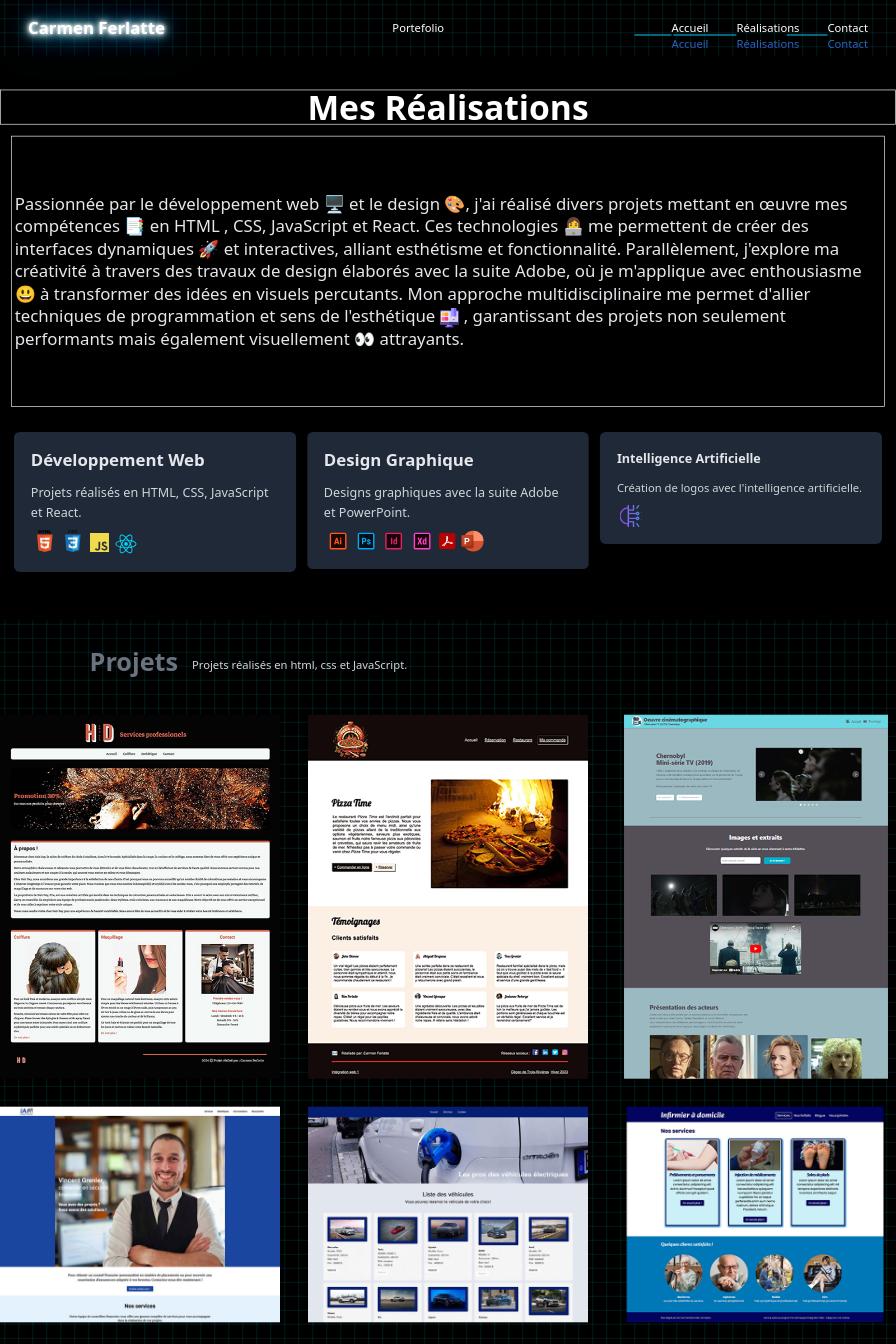
Repository: CarmenFerlatte/TP3__FerlatteCarmen
Page: realisations.html
These files come from the project's save history. The page is drawn as it stood at one moment and after the next save; the edit follows.
The browser window is 1280 px wide. The pictures show the part of the page from y = 0 to 1920 px (the page is 2937 px tall), at 70% of full size.
Some web libraries are served in a nearby version. The style sheet was rebuilt from its Sass, Less or Tailwind sources for each picture, by a compiler version that may differ from the author's.

Above is the page before, as saved 2024-08-22 11:28:17.
Console error: TypeError: Cannot read properties of null (reading 'addEventListener')

### realisations.html
<!DOCTYPE html>
<html lang="fr-ca">
<head>
    <meta charset="UTF-8">
    <meta name="viewport" content="width=device-width, initial-scale=1.0">
    <link href="https://cdn.jsdelivr.net/npm/tailwindcss@2.2.19/dist/tailwind.min.css" rel="stylesheet">
    <title>Mon Portefolio</title>
    <script src="https://cdn.tailwindcss.com"></script>
    <link href="https://cdn.jsdelivr.net/npm/tailwindcss@2.2.19/dist/tailwind.min.css" rel="stylesheet">
    <link rel="stylesheet" href="https://cdnjs.cloudflare.com/ajax/libs/font-awesome/6.4.0/css/all.min.css">
    <link rel="stylesheet" href="style/css/style.css">
    <link rel="apple-touch-icon" sizes="180x180" href="img/favicons/apple-touch-icon.png">
    <link rel="icon" type="image/png" sizes="32x32" href="img/favicons/favicon-32x32.png">
    <link rel="icon" type="image/png" sizes="16x16" href="img/favicons/favicon-16x16.png">
    <link rel="manifest" href="img/favicons/site.webmanifest">
    <script src="https://code.jquery.com/jquery-3.6.0.min.js"></script>
    <script src="js/navbar.js" defer></script>
    <script src="js/script.js" defer></script>
    <script src="js/header.js" defer></script>
    <script src="js/install.js" defer></script>
    <script>
        $(function(){
            $("#header").load("assets/php/header.html");
            $("#footer").load("assets/php/footer.html");
        });
    </script>
</head>

<body class="bg-black text-white h-dvh">
    <header id="header"></header>

<main>
    <section class="md:h-full bg-black text-white py-8 sm:py-11 lg:py-12">
         <h1 class="text-2xl md:text-3xl lg:text-4xl xl:text-5xl font-bold text-center mt-20 border">Mes Réalisations</h1>
    <div class="container flex justify-center items-center mx-auto px-4 py-10 sm:py-20 md:py-4">

        <p class="text-sm sm:text-md md:text-base lg:text-1xl xl:text-2xl leading-6 text-left lg:py-20 px-5 md:px-2 lg:px-1 2xl:px-0 text-gray-200 border">Passionnée par le développement web 🖥  et le design 🎨, j'ai réalisé divers projets mettant en œuvre mes compétences 📑  en HTML , CSS, JavaScript et React. Ces technologies 👩‍💻 me permettent de créer des interfaces dynamiques 🚀 et interactives, alliant esthétisme et fonctionnalité. Parallèlement, j'explore ma créativité à travers des travaux de design élaborés avec la suite Adobe, où je m'applique avec enthousiasme 😃  à transformer des idées en visuels percutants. Mon approche multidisciplinaire me permet d'allier techniques de programmation et sens de l'esthétique <span><img class="w-7 inline-block align-middle" src="img/icons/design_web.svg" alt="icone design web"></span> , garantissant des projets non seulement performants mais également visuellement 👀 attrayants.  </p>

    </div>

<div class="container mx-auto px-4 py-1 md:py-5 md:mb-0 mt-[-10px] md:mt-0">
    <div class="grid grid-cols-12 gap-4 flex items-stretch px-5 md:px-2 lg:px-1">
        <div class="col-span-12 md:col-span-6 lg:col-span-4">
            <a href="#projets" title="Voir les projets">
                <div class="relative group cursor-pointer bg-gray-800 p-6 rounded-lg shadow-lg hover:bg-gray-700 hover:shadow-xl transition duration-300">
                    <h3 class="text-lg md:text-1xl lg:text-2xl font-bold text-gray-200">Développement Web</h3>
                    <p class="text-base md:text-lg lg:text-1xl  text-gray-300 mt-4 mb-1">Projets réalisés en HTML, CSS, JavaScript et React.</p>
                    <p class="flex">
                        <img src="img/icons/html5_icon.svg" alt="HTML5 icône" class="w-8 h-8 mt-2 mx-1">
                        <img src="img/icons/css3_icon.svg" alt="CSS3 icône" class="w-8 h-8 mt-2 mx-1">
                        <img src="img/icons/javascript_icon.svg" alt="JavaScript icône" class="w-7 h-7 mt-3 mx-1">
                        <img src="img/icons/react_native_icon.svg" alt="React icône" class="w-8 h-8 mt-3 mx-1">
                    </p>
                </div>
            </a>
        </div>

        <div class="col-span-12 md:col-span-6 lg:col-span-4 flex flex-col">
            <a href="#galerie" title="Voir les designs" class="flex-grow">
                <div class="relative group cursor-pointer bg-gray-800 p-6 rounded-lg shadow-lg hover:bg-gray-700 hover:shadow-xl transition duration-300 flex flex-col">
                    <h3 class="text-lg md:text-1xl lg:text-2xl font-bold text-gray-200 group">Design Graphique</h3>
                    <p class="text-base md:text-lg lg:text-1xl text-gray-300 mt-4 mb-1">Designs graphiques avec la suite Adobe et PowerPoint.</p>
                    <div class="flex">
                        <img src="img/icons/adobe-illustrator_icon.svg" alt="Illustrator icône" class="w-8 h-8 mt-2 mx-1">
                        <img src="img/icons/adobe_photoshop_icon.svg" alt="Photoshop icône" class="w-8 h-8 mt-2 mx-1">
                        <img src="img/icons/adobe_indesign_icon.svg" alt="InDesign icône" class="w-8 h-8 mt-2 mx-1">
                        <img src="img/icons/adobe-xd_icon.svg" alt="XD icône" class="w-8 h-8 mt-2 mx-1">
                        <img src="img/icons/Adobe_Acrobat_Reader_icon.svg" alt="Acrobat Reader icône" class="w-6 h-6 mt-3 mx-1">
                        <img src="img/icons/microsoft_powerpoint_icon.svg" alt="PowerPoint icône" class="w-8 h-8 mt-2 mx-1">
                    </div>
                </div>
            </a>
        </div>

        <div class="col-span-12 md:col-span-6 lg:col-span-4 flex flex-col">
            <a href="#galerie" title="Voir les projets" class="flex-grow">
                <div class="relative group cursor-pointer bg-gray-800 p-6 rounded-lg shadow-lg hover:bg-gray-700 hover:shadow-xl transition duration-300 flex flex-col">
                    <h3 class="sm:text-lg md:text-1xl text-2xl font-bold text-gray-200">Intelligence Artificielle</h3>
                    <p class="text-gray-300 mt-4 mb-1">Création de logos avec l'intelligence artificielle.</p>
                    <div class="flex">
                        <img src="img/icons/intelligence_artificielle_icon.svg" alt="PowerPoint icône" class="w-8 h-8 mt-2 mx-1">
                    </div>
                </div>
            </a>
        </div>
    </div>
</div>


    </section>

    <section class="cyber-grid md:mt-auto">
        <div class="max-w-screen-sm md:max-w-screen-md lg:max-w-screen-lg 2xl:max-w-screen-2xl mx-auto flex inlign-flex align-items pt-10"><h2 id="projets" class="text-2xl md:text-3xl lg:text-4xl font-bold text-gray-500 lg:text-3xl dark:text-white ml-10 sm:ml-0">Projets</h2>
        <p class="hidden max-w-screen-sm text-1xl text-gray-300 dark:text-gray-300 md:block pt-3 pl-5">
                Projets réalisés en html, css et JavaScript.
                </p></div>
    <div class="container mx-auto py-8 md:mt-2 px-2 md:px-2 lg:px-0">

        <div class="grid grid-cols-1 md:grid-cols-2 lg:grid-cols-3 gap-10 p-4 w-full mx-auto place-items-start px-10 sm:px-0">
            <img class="hover:opacity-75" src="img/screenshots/2024__projet__salon_de_coiffure.jpg" alt="image">
            <img class="hover:opacity-75" src="img/screenshots/2024__projet__restaurant.png" alt="image">
            <img class="hover:opacity-75" src="img/screenshots/2024__projet_cinema.png" alt="image">
            <img class="hover:opacity-75" src="img/screenshots/2024__projet__vincent_grenier_w600.jpg" alt="image">
            <img class="hover:opacity-75" src="img/screenshots/mon_premier_projet_react.jpg" alt="image">
            <img class="hover:opacity-75" src="img/screenshots/2023__projet__soins_infirmiers.png" alt="image">
        </div>
    </div>
</section>
    <section class="dark:bg-gray-800 h-full pt-16">
        <div class="flex items-center gap-12 max-w-screen-sm md:max-w-screen-md lg:max-w-screen-lg 2xl:max-w-screen-2xl mx-auto mb-0">
                <h2 id="galerie" class="text-2xl md-text-3xl lg:text-4xl font-bold text-gray-500 dark:text-white">Galerie</h2>

                <p class="hidden max-w-screen-sm text-1xl text-gray-300 dark:text-gray-300 md:block">
                Mes designs graphiques avec Adobe Illustrator, InDesign, Photoshop et PowerPoint de Microsoft Office.
                </p>
            </div>
    <div class="mx-auto h-auto max-w-screen-2xl px-4 md:px-8 mb-16 mt-[-40px] md:mt-auto">

        <div class="mb-4 flex items-center justify-between gap-8 sm:mb-8 md:mb-12">


            <!-- <a href=""
                class="inline-block rounded-lg border bg-white dark:bg-gray-700 dark:border-none px-4 py-2 text-center text-sm font-semibold text-gray-500 dark:text-gray-200 outline-none ring-indigo-300 transition duration-100 hover:bg-gray-100 focus-visible:ring active:bg-gray-200 md:px-8 md:py-3 md:text-base">
                More
            </a> -->
        </div>

        <div class="grid grid-cols-1 md:grid-cols-2 lg:grid-cols-3 mx-10 gap-4 md:gap-6 xl:gap-8">
            <!-- image - start -->
            <a href="https://le-redacteur-sportif.ca/harricana_trail_2023.html" title="Le Rédacteur Sportif" target="_blank" rel="noopener noreferrer"
                class="group relative flex items-end h-72 md:h-80 overflow-hidden rounded-lg bg-gray-100 shadow-lg">
                <img src="img/design/harricana_trail_80km__charlevoix__Vincent_Greniert.jpg" loading="lazy" alt="Projet Carmen Ferlatte Adobe InDesign (brochure)" class="absolute inset-0 h-full w-full object-cover object-center transition duration-200 group-hover:scale-110">

                <div
                    class="pointer-events-none absolute inset-0 bg-gradient-to-t from-gray-800 via-transparent to-transparent opacity-50">
                </div>

                <span class="relative ml-4 mb-3 inline-block text-sm text-white md:ml-5 md:text-lg">PowerPoint</span>
            </a>
            <!-- image - end -->

            <!-- image - start -->
            <div
                class="group relative flex items-end h-72 md:h-48 overflow-hidden rounded-lg bg-gray-100 shadow-lg md:h-80">
                <img src="img/design/05__affiche_bungee__Carmen_Ferlatte.jpg" loading="lazy" alt="Projet Carmen Ferlatte Adobe Illustrator (affiche)" class="absolute inset-0 h-full w-full object-cover object-center transition duration-200 group-hover:scale-110">

                <div
                    class="pointer-events-none absolute inset-0 bg-gradient-to-t from-gray-800 via-transparent to-transparent opacity-50">
                </div>

                <span class="relative ml-4 mb-3 inline-block text-sm text-white md:ml-5 md:text-lg">Illustrator + Photoshop + Mockup</span>
            </div>
            <!-- image - end -->

            <!-- image - start -->
            <div
                class="group relative flex items-end h-72 md:h-48 overflow-hidden rounded-lg bg-gray-100 shadow-lg md:h-80">
                <img src="img/design/exercice_inDesign__Carmen_Ferlatte.jpg" loading="lazy" alt="Photo by Magicle" class="absolute inset-0 h-full w-full object-cover object-center transition duration-200 group-hover:scale-110">

                <div
                    class="pointer-events-none absolute inset-0 bg-gradient-to-t from-gray-800 via-transparent to-transparent opacity-50">
                </div>

                <span class="relative ml-4 mb-3 inline-block text-sm text-white md:ml-5 md:text-lg">InDesign</span>
            </div>
            <!-- image - end -->

            <!-- image - start -->
            <a href="https://le-redacteur-sportif.ca/harricana_trail_2023.html" title="Le Rédacteur Sportif" target="_blank" rel="noopener noreferrer"
                class="group relative flex items-end h-72 md:h-48 overflow-hidden rounded-lg bg-gray-100 shadow-lg md:h-80">
                <img src="img/design/casquette__RS__w1200.jpg" loading="lazy" alt="Affiche médias sociaux PowerPoint / Carmen Ferlatte" class="absolute inset-0 h-full w-full object-cover object-center transition duration-200 group-hover:scale-110">

                <div
                    class="pointer-events-none absolute inset-0 bg-gradient-to-t from-gray-800 via-transparent to-transparent opacity-50">
                </div>

                <span class="relative ml-4 mb-3 inline-block text-sm text-white md:ml-5 md:text-lg">Photoshop + Mockup</span>
            </a>
            <!-- image - end -->

            <!-- image - start -->
            <div
                class="group relative flex h-72 md:h-48 items-end overflow-hidden rounded-lg bg-gray-100 shadow-lg md:h-80">
                <img src="img/design/projet__brochure__spa__450x345.jpg" loading="lazy" alt="Brochure InDesign et Mockup / Carmen Ferlatte" class="absolute inset-0 h-full w-full object-cover object-center transition duration-200 group-hover:scale-110">

                <div
                    class="pointer-events-none absolute inset-0 bg-gradient-to-t from-gray-800 via-transparent to-transparent opacity-50">
                </div>

                <span class="relative ml-4 mb-3 inline-block text-sm text-white md:ml-5 md:text-lg">InDesign / Mockup</span>
            </div>
            <!-- image - end -->
             <!-- image - start -->
            <div
                class="group relative flex h-72 md:h-48 items-end overflow-hidden rounded-lg bg-gray-100 shadow-lg md:h-80">
                <img src="img/design/logo_colley_carmen_ferlatte.jpg" loading="lazy" alt="Logo fait avec l'Intélligence artificielle / Carmen Ferlatte" class="absolute inset-0 h-full w-full object-cover object-center transition duration-200 group-hover:scale-110">

                <div
                    class="pointer-events-none absolute inset-0 bg-gradient-to-t from-gray-800 via-transparent to-transparent opacity-50">
                </div>

                <span class="relative ml-4 mb-3 inline-block text-sm text-white md:ml-5 md:text-lg">Intélligence artificielle</span>
            </div>
            <!-- image - end -->
        </div>
    </div>
</section>
</main>

   <footer id="footer" class="block clear-both mt-16"></footer>
</body>
</html>

### js/install.js
// Description: Script pour l'installation de la PWA

let deferedInstallPrompt = null;
    const installButton = document.getElementById('butInstall');

    installButton.addEventListener('click', installPWA);

    window.addEventListener('beforeInstallPrompt', afficherButtonInstall);

    function afficherBoutonInstall(evt) {
        deferedInstallPrompt = evt;
        installButton.removeAttribute('hidden');
    }

    function installPWA(evt) {
        deferedInstallPrompt.prompt();
        evt.srcElement.setAttribute('hidden', true);
        deferedInstallPrompt.userChoice
            .then((choice) => {
                if (choice.outcome === 'accepted') {
                    console.log("L'usager a installé la PWA VIA le mon bouton d'installation", choice);
                } else {
                    console.log("Lusager a refusé l'installation de la PWA VIA le boutton d'installation", choice);
                }
                deferedInstallPrompt = null;
            });

        function logAppInstalled(evt) {
            console.log("L'usager a installé la PWA VIA Les ... de Chrome");
    }
 };

### assets/php/header.html
<header>
  <nav class="bg-animated cyber-grid fixed w-full z-50">
    <div class="w-full mx-auto px-6 md:px-10">
      <div class="flex justify-between items-center py-6">
        <a
          href="index.html"
          class="text-xl sm:text-1xl lg:text-2xl font-bold neon-text glitch-effect"
          data-text="Carmen Ferlatte"
          >Carmen Ferlatte</a
        >
        <label for="menu-toggle">Portefolio</label>
        <input type="checkbox" id="menu-toggle" class="hidden" />
        <label for="menu-toggle" class="menu-icon cursor-pointer md:hidden">
          <span class="hamburger"></span>
        </label>
        <ul class="menu hidden md:flex md:items-center space-x-10">
          <li>
            <a href="index.html" class="nav-link" data-text="Accueil"
              >Accueil</a
            >
          </li>
          <li>
            <a
              href="realisations.html"
              class="nav-link"
              data-text="Réalisations"
              >Réalisations</a
            >
          </li>
          <li>
            <a href="contact.html" class="nav-link" data-text="Contact"
              >Contact</a
            >
          </li>
          <!-- <li><a href="#" class="bg-gradient-to-r from-cyan-500 to-blue-500 text-white font-bold py-2 px-4 rounded hover:from-cyan-600 hover:to-blue-600 transition-all duration-300">Sign Up</a></li> -->
        </ul>
      </div>
    </div>
  </nav>
</header>

### assets/php/footer.html
<footer class="cyber-grid">
    <div class="container mx-auto px-4 py-10">
        <p class="text-center text-white">© 2024 Carmen Ferlatte. Tous droits réservés.</p>
   </div>
</footer>

### style/sass/style.scss
@use "navbar" as *;

### style/sass/_navbar.scss
@keyframes neon-pulse {
    0%, 100% {
        text-shadow: 0 0 5px #fff, 0 0 10px #fff, 0 0 15px #fff, 0 0 20px #0891b2, 0 0 35px #0891b2, 0 0 40px #0891b2, 0 0 50px #0891b2, 0 0 75px #0891b2;
    }
    50% {
        text-shadow: 0 0 2px #fff, 0 0 5px #fff, 0 0 7px #fff, 0 0 10px #0891b2, 0 0 17px #0891b2, 0 0 20px #0891b2, 0 0 25px #0891b2, 0 0 37px #0891b2;
    }
}

.neon-text {
    animation: neon-pulse 1.5s infinite alternate;
}

.bg-animated {
    background: linear-gradient(-45deg, #000000, #1a1a1a, #000033, #003366);
    background-size: 400% 400%;
    animation: gradient 15s ease infinite;
}

@keyframes gradient {
    0% { background-position: 0% 50%; }
    50% { background-position: 100% 50%; }
    100% { background-position: 0% 50%; }
}

.cyber-grid {
    background-image:
        linear-gradient(rgba(0, 255, 255, 0.1) 1px, transparent 1px),
        linear-gradient(90deg, rgba(0, 255, 255, 0.1) 1px, transparent 1px);
    background-size: 20px 20px;
    animation: cyber-grid-move 20s linear infinite;
}

@keyframes cyber-grid-move {
    0% { background-position: 0 0; }
    100% { background-position: 20px 20px; }
}



.nav-link {
    position: relative;
    overflow: hidden;

        &::before {
            content: '';
            position: absolute;
            bottom: 0;
            left: 0;
            width: 100%;
            height: 2px;
            background-color: #0891b2;
            transform: translateX(-100%);
            transition: transform 0.3s ease;
        }

       &:hover::before {
            transform: translateX(0);
        }

        &::after {
            content: attr(data-text);
            position: absolute;
            top: 0;
            left: 0;
            width: 100%;
            height: 100%;
            display: flex;
            align-items: center;
            justify-content: center;
            transform: translateY(100%);
            background: linear-gradient(to bottom, #0891b2, #3e43cb);
            -webkit-background-clip: text;
            background-clip: text;
            -webkit-text-fill-color: transparent;
            transition: transform 0.3s ease;
        }

        &:hover::after {
            transform: translateY(0);
        }
}


.glitch-effect {
    position: relative;

    &::before,
    &::after {
        content: attr(data-text);
        position: absolute;
        top: 0;
        left: 0;
        width: 100%;
        height: 100%;
        opacity: 0.8;
    }

    &::before {
        left: 2px;
        text-shadow: -2px 0 #ff00de;
        clip: rect(24px, 550px, 90px, 0);
        animation: glitch-anim 3s infinite linear alternate-reverse;
    }

    &::after {
        left: -2px;
        text-shadow: -2px 0 #0891b2;
        clip: rect(85px, 550px, 140px, 0);
        animation: glitch-anim 2s infinite linear alternate-reverse;
    }

}



@keyframes glitch-anim {
    0% { clip: rect(39px, 9999px, 71px, 0); }
    20% { clip: rect(3px, 9999px, 5px, 0); }
    40% { clip: rect(6px, 9999px, 38px, 0); }
    60% { clip: rect(13px, 9999px, 43px, 0); }
    80% { clip: rect(44px, 9999px, 93px, 0); }
    100% { clip: rect(54px, 9999px, 47px, 0); }
}

#menu-toggle {
    &:checked {
        ~ .menu {
            display: block;
        }

        ~ .menu-icon {
            .hamburger {
                transform: rotate(45deg);

                &::before {
                    transform: translateY(8px) rotate(90deg);
                }

                &::after {
                    transform: translateY(-8px) rotate(90deg);
                }
            }
        }
    }
}

.hamburger,
.hamburger::before,
.hamburger::after {
    content: '';
    display: block;
    background: #0891b2;
    height: 3px;
    width: 30px;
    transition: transform 0.5s cubic-bezier(0.23, 1, 0.32, 1);
}

.hamburger {
    &::before {
        transform: translateY(-8px);
    }

    &::after {
        transform: translateY(8px);
    }
}

@media (max-width: 768px) {
    .menu {
        position: fixed;
        top: 60px;
        left: 0;
        right: 0;
        width: 100%;
        height: 0;
        background: rgba(0, 0, 0, 0.9);
        overflow: hidden;
        transition: height 0.5s cubic-bezier(0.23, 1, 0.32, 1);
        text-align: right;
        padding-right: 20px;
        padding-top: 20px;

        a {
            display: block;
            font-size: 1.2rem;
            padding: 10px 0;
            text-decoration: underline 2px #0891b2;

            &:hover {
                color: #0891b2;
                text-decoration: none;
                cursor: pointer;
            }
        }
    }

    #menu-toggle:checked ~ .menu {
        height: calc(100vh - 60px);
    }
}

@media (max-width: 640px) {
    .no-glitch {
        animation: none !important;
    }
}

/*-------------Invisible Navbar-------------*/

.navbar-hidden {
    transform: translateY(-100%);
    transition: transform 0.3s ease-in-out;
}

Loaded but not shown: js/script.js (33 lines, source omitted); js/navbar.js (30 lines, source omitted); js/header.js (32 lines, source omitted)

After the next save:
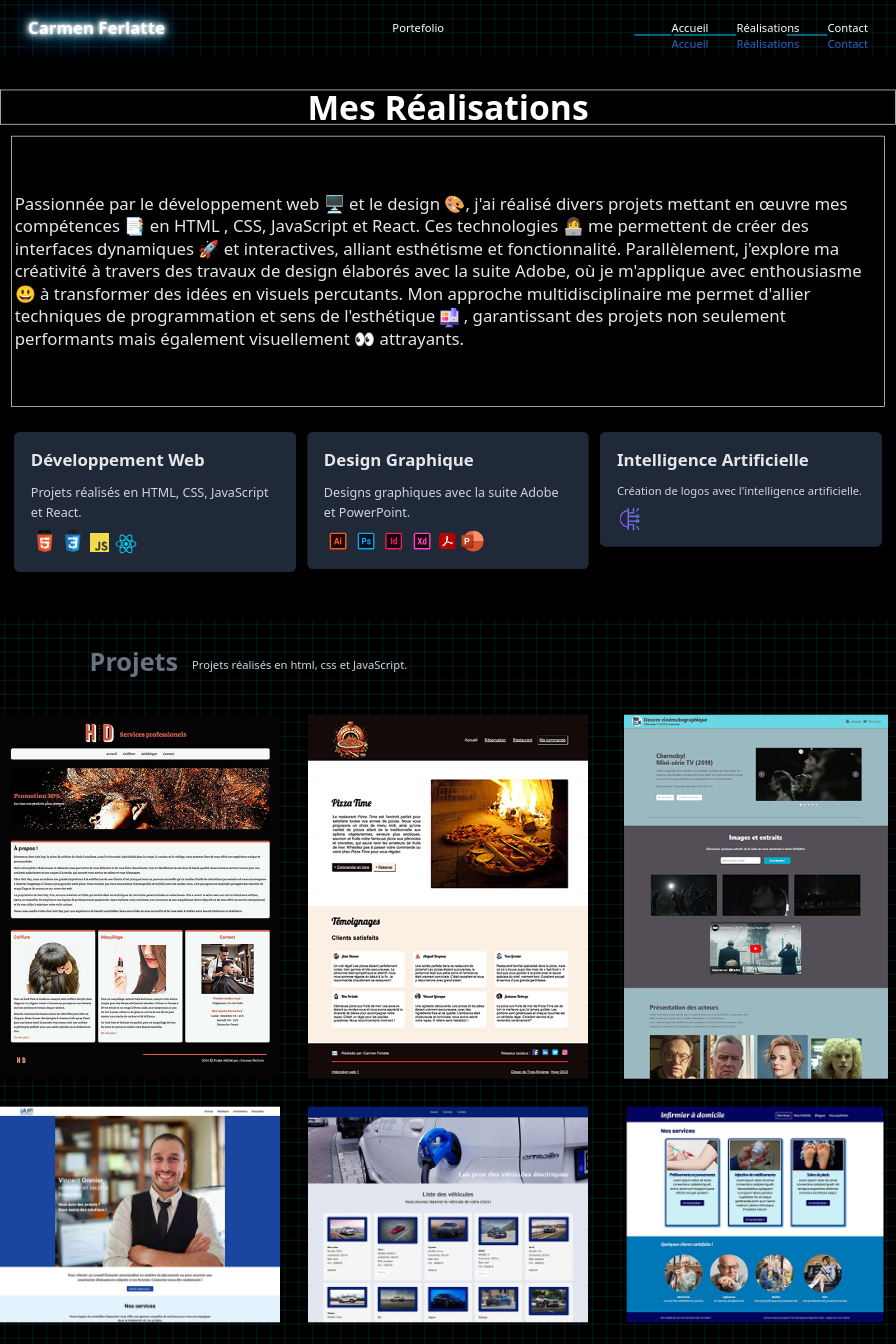
Saved 18 s later.
--- a/realisations.html
+++ b/realisations.html
@@ -75,7 +75,7 @@
         <div class="col-span-12 md:col-span-6 lg:col-span-4 flex flex-col">
             <a href="#galerie" title="Voir les projets" class="flex-grow">
                 <div class="relative group cursor-pointer bg-gray-800 p-6 rounded-lg shadow-lg hover:bg-gray-700 hover:shadow-xl transition duration-300 flex flex-col">
-                    <h3 class="sm:text-lg md:text-1xl text-2xl font-bold text-gray-200">Intelligence Artificielle</h3>
+                    <h3 class="text-lg md:text-1xl lg:text-2xl font-bold text-gray-200">Intelligence Artificielle</h3>
                     <p class="text-gray-300 mt-4 mb-1">Création de logos avec l'intelligence artificielle.</p>
                     <div class="flex">
                         <img src="img/icons/intelligence_artificielle_icon.svg" alt="PowerPoint icône" class="w-8 h-8 mt-2 mx-1">
